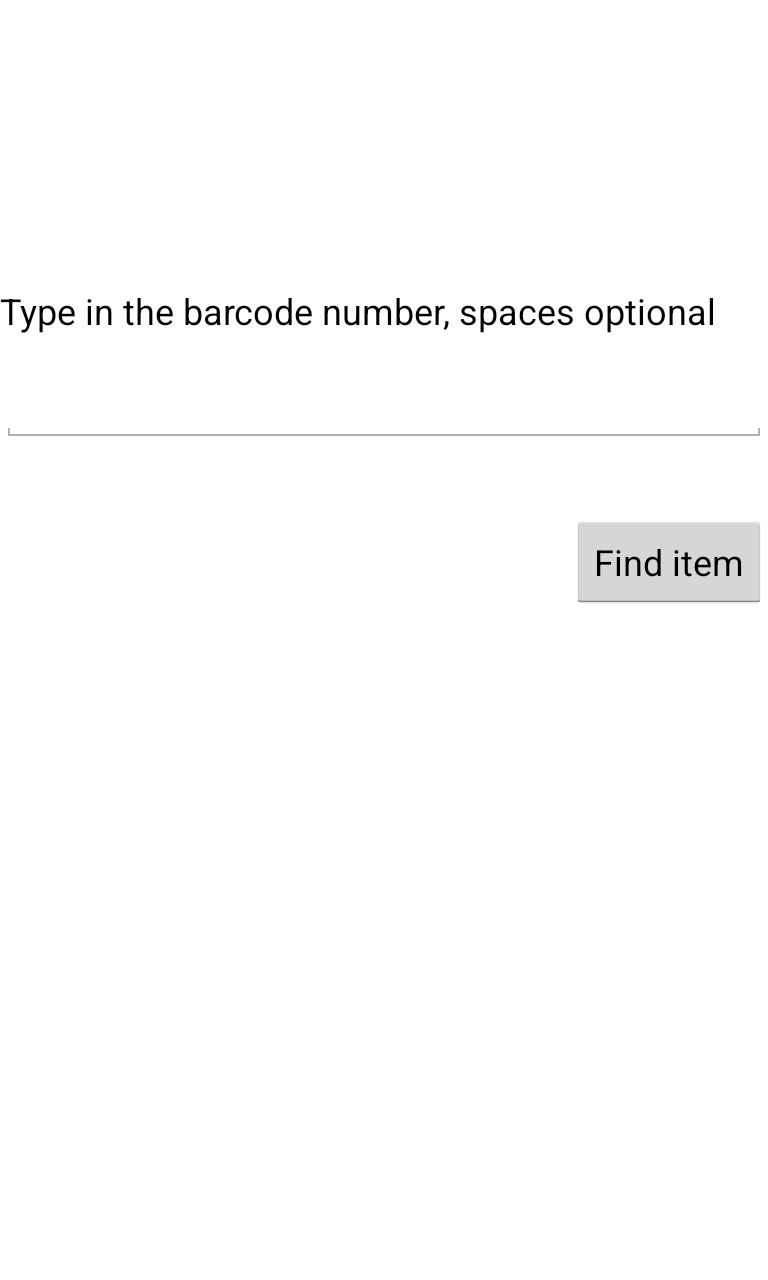
Repository: harvard-lil/wtwba-android-app
Layout: wtwba/res/layout/activity_type_barcode.xml
These files come from the project's save history. The layout is drawn as it stood at one moment and after the next save; the edit follows.
It is drawn on a 768 x 1280 px phone screen (xhdpi) without system bars, with theme AppTheme; the app's code is not run.

Above is the layout before, as saved 2013-03-20 16:37:10.

### wtwba/res/layout/activity_type_barcode.xml
<?xml version="1.0" encoding="utf-8"?>

<LinearLayout xmlns:android="http://schemas.android.com/apk/res/android"
    xmlns:tools="http://schemas.android.com/tools"
    android:layout_width="match_parent"
    android:layout_height="match_parent"
    android:layout_margin="15dip"
    android:orientation="vertical"
    >
    <!--  ios background is b4e8ff -->
    <ImageView
            android:id="@+id/barcode_example"
            android:layout_width="280dp"
            android:layout_marginTop="15dip"
        	android:layout_marginBottom="15dip"
            android:layout_height="98dp"
            android:layout_gravity="center"
        	/>

    <TextView
        android:layout_width="fill_parent"
        android:layout_height="wrap_content"
        android:layout_marginTop="15dip"
        android:layout_marginBottom="15dip"
        android:textAppearance="?android:attr/textAppearanceMedium"
        android:text="@string/type_barcode_instructions"
         />

    <EditText android:id="@+id/barcode"
        android:layout_width="fill_parent"
        android:layout_height="wrap_content"
        android:layout_marginBottom="35dip"
        android:layout_gravity="right"
        android:textColor="#9900FF"

        android:inputType="text" />

    <Button
        android:layout_width="wrap_content"
        android:layout_height="wrap_content"
        android:layout_gravity="right"
        android:text="@string/button_type"
        android:onClick="submitBarcode" />
</LinearLayout>

### wtwba/res/values/strings.xml
<?xml version="1.0" encoding="utf-8"?>
<resources>

    <string name="app_name">wtwba</string>
    <string name="main_activity_title">Where the Wild Books Are</string>
    <string name="activity_item_details_title">Wild Books</string>
    <string name="activity_scan_title">Wild Books</string>
    <string name="activity_manage_user_title">Manage user key</string>
    <string name="activity_type_barcode_title">Add item using fingers</string>
    <string name="activity_location_title">Select your current location</string>
    <string name="item_found_title">Yeehaw! We added your item</string>
    <string name="scan_error_title">Something went wrong</string>
    <string name="user_name_box_label">Enter your assigned user key</string>
    <string name="edit_message">Enter a message</string>
    <string name="loading_message">Loading</string>


    <string name="button_confirm_delete">Delete from list</string>
    <string name="button_scan_item">Scan barcode</string>
    <string name="button_key_item">Type barcode</string>
    <string name="activity_delete_title">Delete from list</string>

    <string name="button_scan">Scan</string>
    <string name="button_type">Find item</string>
    <string name="button_item_confrim">Return home</string>
    <string name="button_add">Add to list</string>
    <string name="button_save_user_name">Save user key</string>
    <string name="menu_settings">Settings</string>
    <string name="scan_error">Something went wrong when when I tried to add the item. Sorry. Can you give it a try again?</string>
    <string name="title_activity_main">MainActivity</string>
    <string name="type_barcode_instructions">Type in the barcode number, spaces optional</string>
    <string name="hello_world">Hello world!</string>
    <string name="title_holder">Sample Title Here</string>
    <string name="connection_error">Unable to connect to network</string>
    <string name="title_activity_display_message">DisplayMessageActivity</string>
    <string name="empty_list">You haven\'t added any items.</string>

</resources>

Loaded but not shown: wtwba/res/values-v11/styles.xml (common file); wtwba/res/values-v14/styles.xml (common file); wtwba/res/values/styles.xml (common file)

After the next save:
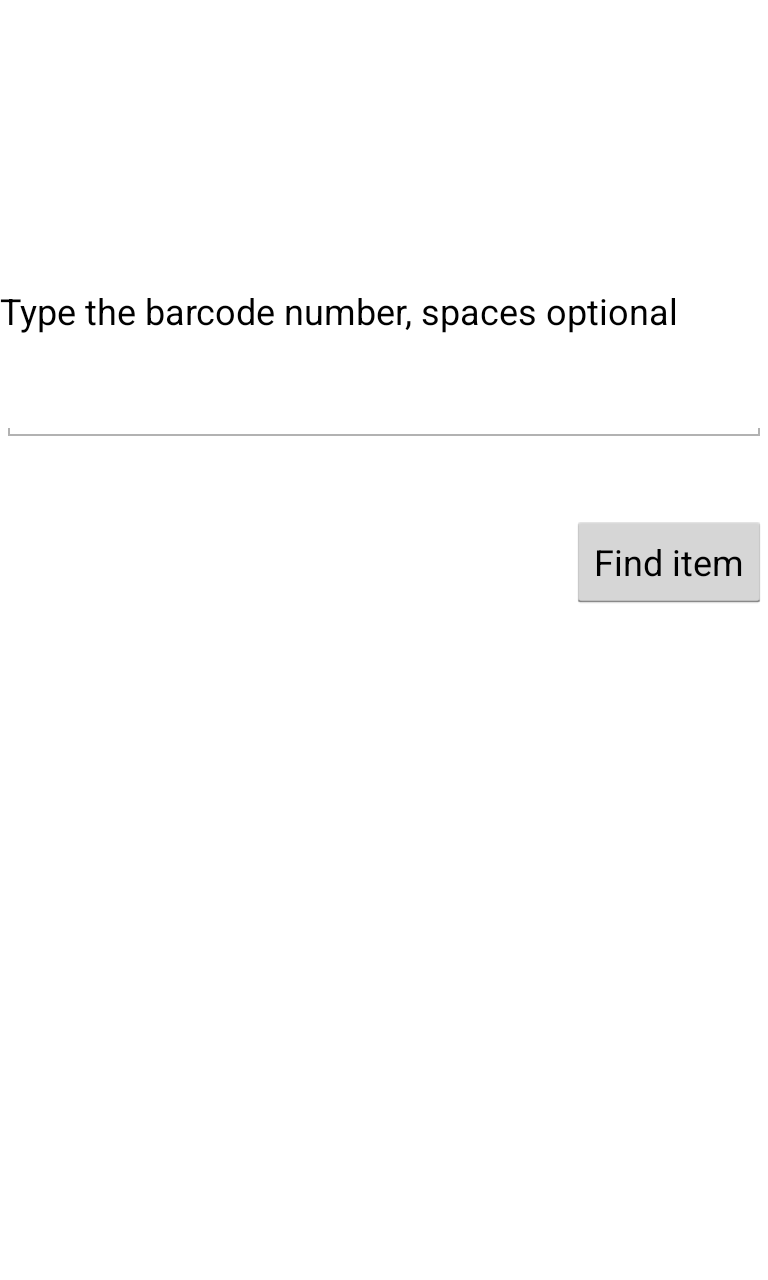
Saved 49 s later.
--- a/wtwba/res/values/strings.xml
+++ b/wtwba/res/values/strings.xml
@@ -28,7 +28,7 @@
     <string name="menu_settings">Settings</string>
     <string name="scan_error">Something went wrong when when I tried to add the item. Sorry. Can you give it a try again?</string>
     <string name="title_activity_main">MainActivity</string>
-    <string name="type_barcode_instructions">Type in the barcode number, spaces optional</string>
+    <string name="type_barcode_instructions">Type the barcode number, spaces optional</string>
     <string name="hello_world">Hello world!</string>
     <string name="title_holder">Sample Title Here</string>
     <string name="connection_error">Unable to connect to network</string>
